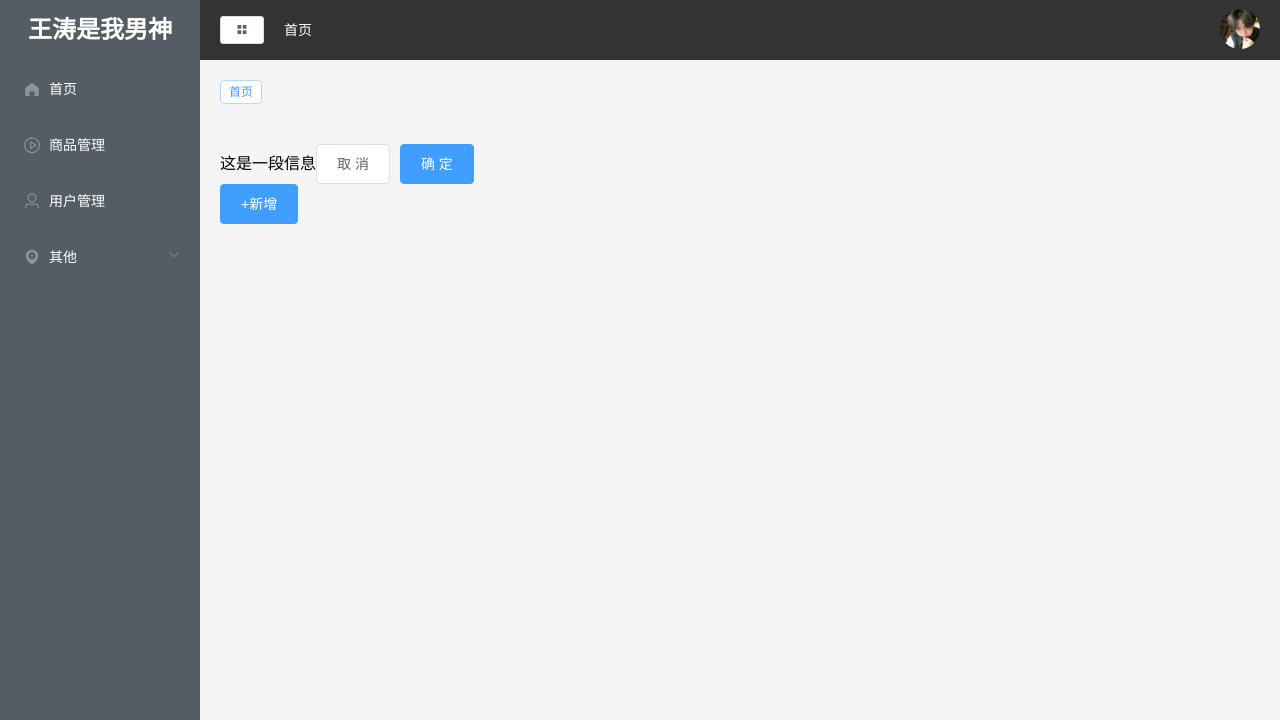
Repository: wangtao20230308/-
Page: /user
An editor plug-in stored every save of this project. The page is shown before and after the next save, followed by the edit.
The browser window is 1280 px wide. The pictures show the whole page.
The project was rebuilt for these pictures with package versions that can differ from the ones it lists, and the page was loaded fresh each time. Also part of the build but not shown: src/utils/requst.js, src/api/index.js, src/views/Home.vue, src/views/Mall.vue, src/views/PageOne.vue, src/views/PageTwo.vue.

Above is the page before, as saved 2023-03-24 12:42:15.

### src/main.js
import Vue from 'vue'
import App from './App.vue'
// //element-ui全局引入
// import ElementUI from 'element-ui';
// import 'element-ui/lib/theme-chalk/index.css';
// //element-ui转换成一个插件
// Vue.use(ElementUI);

//ele按需导入
import { Tag, Breadcrumb, BreadcrumbItem, Table, TableColumn, Col, Row, Card, Button, Radio, Container, Aside, Header, Main, Menu, Submenu, MenuItemGroup, MenuItem, Dropdown, DropdownMenu, DropdownItem } from 'element-ui'
import 'element-ui/lib/theme-chalk/index.css'
import './assets/less/index.less'
Vue.use(Button)
Vue.use(Radio)
Vue.use(Container)
Vue.use(Aside)
Vue.use(Header)
Vue.use(Main)
Vue.use(Menu)
Vue.use(Submenu)
Vue.use(MenuItemGroup)
Vue.use(MenuItem)
Vue.use(Dropdown)
Vue.use(DropdownMenu)
Vue.use(DropdownItem)
Vue.use(Card)
Vue.use(Row)
Vue.use(Col)
Vue.use(Table)
Vue.use(TableColumn)
Vue.use(Breadcrumb)
Vue.use(BreadcrumbItem)
Vue.use(Tag)

//路由引入
import router from './router'
import store from './store'
import './api/mock'

Vue.config.productionTip = false

new Vue({
  router,
  store, //把store挂载到vue实例上
  render: (h) => h(App),
}).$mount('#app')

### src/App.vue
<template>
  <div id="app">
    <router-view></router-view>
  </div>
</template>

<script>
//import HelloWorld from './components/HelloWorld.vue'

export default {
  name: 'App',
  components: {
    //HelloWorld
  },
}
</script>

<style lang="less">
html,
body,
h3,
p {
  padding: 0;
  margin: 0;
}
#app {
  height: 100vh;
}
</style>

### src/router/index.js
//import { hasOwnMetadata } from 'core-js/fn/reflect'
import Vue from 'vue'
import VueRouter from 'vue-router'
import Main from '../views/Main.vue'
import Home from '../views/Home.vue'
import User from '../views/User.vue'
import Mall from '../views/Mall.vue'
import PageOne from '../views/PageOne.vue'
import PageTwo from '../views/PageTwo.vue'

Vue.use(VueRouter)

const routes = [
  //主路由
  {
    path: '/',
    name: 'Main',
    //按需引入组件
    //原型：component: import()
    component: Main,
    redirect: '/home',
    children: [
      //子路由（嵌套路由）
      {
        //首页
        path: 'home',
        name: 'home',
        component: Home,
      },
      {
        //用户页
        path: 'user',
        name: 'user',
        component: User,
      },
      {
        //商品管理
        path: 'mall',
        name: 'mall',
        component: Mall,
      },
      {
        //页面1
        path: 'page1',
        name: 'page1',
        component: PageOne,
      },
      {
        //页面2
        path: 'page2',
        name: 'page2',
        component: PageTwo,
      },
      // {
      //   path: '/user',
      //   name: 'user',
      //   //按需引入组件
      //   //原型：component: import()
      //   component: () => import('../views/User')
      // }
    ],
  },
]

// new VueRouter({
//   mode: 'history',
// })
const router = new VueRouter({
  mode: 'history',
  routes,
})

//导出路由
export default router

### src/store/index.js
import Vue from 'vue'
import Vuex from 'vuex'
import tab from './tab'

//全局注入状态管理vuex
Vue.use(Vuex)

//创建vuex的实例
export default new Vuex.Store({
  modules: {
    tab,
  },
})

### src/api/mock.js
import Mock from 'mockjs'
import homeApi from './mockServeData/home'

//定义mock请求拦截
// Mock.mock('/api/home/getData', 'get', function () {
//   //拦截到请求后的处理逻辑
//   console.log('拦截到了')
//   return 1
// })
Mock.mock('/api/home/getData', 'get', homeApi.getStatisticalData)

### src/assets/less/home.less
.home {
    .user {
      display: flex;
      align-items: center;
      padding-bottom: 20px;
      margin-bottom: 20px;
      border-bottom: 1px solid #ccc;
      img {
        width: 150px;
        height: 150px;
        border-radius: 50%;
        margin-right: 40px;
      }
      &info {
        .name {
          font-size: 32px;
          margin-bottom: 10px;
        }
        .access {
          color: #999999;
        }
      }
    }
    .login-info {
      p {
        line-height: 28px;
        font-size: 14px;
        color: #999999;
        span {
          color: #666666;
          margin-left: 60px;
        }
      }
    }
    .num {
      display: flex;
      flex-wrap: wrap;
      justify-content: space-between;
      .el-card {
        width: 32%;
        margin-bottom: 20px;
      }
      .icon {
        font-size: 30px;
        width: 80px;
        height: 80px;
        text-align: center;
        line-height: 80px;
        color: #fff;
      }
      .detail {
        margin-left: 15px;
        display: flex;
        flex-direction: column;
        justify-content: center;
        .num {
          font-size: 30px;
          margin-bottom: 10px;
        }
        .txt {
          font-size: 14px;
          text-align: center;
          color: #999999;
        }
      }
    }
    .graph {
      margin-top: 20px;
      display: flex;
      justify-content: space-between;
      .el-card {
        width: 48%;
      }
    }
  }

### src/views/Main.vue
<template>
  <el-container style="height: 100%">
    <el-aside width="auto">
      <!-- aside -->
      <common-aside></common-aside>
    </el-aside>
    <el-container>
      <el-header>
        <!-- Header -->
        <common-header></common-header>
      </el-header>
      <common-tag />
      <el-main>
        <!-- 路由出口，匹配到的组件都渲染在这里 -->
        <router-view></router-view>
      </el-main>
    </el-container>
  </el-container>
</template>

<script>
import CommonAside from '../components/CommonAside.vue'
import CommonHeader from '../components/CommonHeader.vue'
import commonTag from '../components/commonTag.vue'
export default {
  name: 'Main',
  components: {
    CommonAside,
    CommonHeader,
    commonTag,
  },
  data() {
    return {}
  },
}
</script>

<style lang="less" scoped>
.el-header {
  background-color: #333;
}
// .el-main {
//   padding-top: 0;
// }
</style>

### src/views/User.vue
<template>
  <div class="manage">
    <div>
      <el-dialog title="提示" :visible.sync="dialogVisible" width="30%">
        <span>这是一段信息</span>
        <span slot="footer" class="dialog-footer">
          <el-button @click="dialogVisible = false">取 消</el-button>
          <el-button type="primary" @click="dialogVisible = false">确 定</el-button>
        </span>
      </el-dialog>
    </div>
    <div class="manage-header">
      <el-button type="primary" @click="dialogVisible = true">+新增</el-button>
    </div>
  </div>
</template>

<script>
export default {
  name: 'User',
  data() {
    return {
      dialogVisible: false,
    }
  },
}
</script>

<style></style>

### src/store/tab.js
//用来管理菜单的数据
export default {
  state: {
    isCollapse: false, // 控制菜单的展开还是收起
    tabsList: [
      {
        path: '/',
        name: 'home',
        label: '首页',
        icon: 's-home',
        url: 'Home/Home',
      },
    ], //面包屑数据
  },
  mutations: {
    //修改菜单展开收起的方法
    collapseMenu(state) {
      state.isCollapse = !state.isCollapse
    },
    //更新面包屑数据
    selectMenu(state, val) {
      //判断添加的数据是否为首页
      if (val.name !== 'home') {
        const index = state.tabsList.findIndex((item) => item.name === val.name)
        //如果不存在
        if (index === -1) {
          state.tabsList.push(val)
        }
      }
    },
    //删除指定的tag数据
    closeTag(state, item) {
      console.log(item, 'item')
      const index = state.tabsList.findIndex((val) => val.name === item.name)
      state.tabsList.splice(index, 1)
    },
  },
}

### src/api/mockServeData/home.js
// mock数据模拟
import Mock from 'mockjs'

// 图表数据
let List = []
export default {
  getStatisticalData: () => {
    //Mock.Random.float 产生随机数100到8000之间 保留小数 最小0位 最大0位
    for (let i = 0; i < 7; i++) {
      List.push(
        Mock.mock({
          苹果: Mock.Random.float(100, 8000, 0, 0),
          vivo: Mock.Random.float(100, 8000, 0, 0),
          oppo: Mock.Random.float(100, 8000, 0, 0),
          魅族: Mock.Random.float(100, 8000, 0, 0),
          三星: Mock.Random.float(100, 8000, 0, 0),
          小米: Mock.Random.float(100, 8000, 0, 0),
        })
      )
    }
    return {
      code: 20000,
      data: {
        // 饼图
        videoData: [
          {
            name: '小米',
            value: 2999,
          },
          {
            name: '苹果',
            value: 5999,
          },
          {
            name: 'vivo',
            value: 1500,
          },
          {
            name: 'oppo',
            value: 1999,
          },
          {
            name: '魅族',
            value: 2200,
          },
          {
            name: '三星',
            value: 4500,
          },
        ],
        // 柱状图
        userData: [
          {
            date: '周一',
            new: 5,
            active: 200,
          },
          {
            date: '周二',
            new: 10,
            active: 500,
          },
          {
            date: '周三',
            new: 12,
            active: 550,
          },
          {
            date: '周四',
            new: 60,
            active: 800,
          },
          {
            date: '周五',
            new: 65,
            active: 550,
          },
          {
            date: '周六',
            new: 53,
            active: 770,
          },
          {
            date: '周日',
            new: 33,
            active: 170,
          },
        ],
        // 折线图
        orderData: {
          date: ['20191001', '20191002', '20191003', '20191004', '20191005', '20191006', '20191007'],
          data: List,
        },
        //表格数据
        tableData: [
          {
            name: 'oppo',
            todayBuy: 500,
            monthBuy: 3500,
            totalBuy: 22000,
          },
          {
            name: 'vivo',
            todayBuy: 300,
            monthBuy: 2200,
            totalBuy: 24000,
          },
          {
            name: '苹果',
            todayBuy: 800,
            monthBuy: 4500,
            totalBuy: 65000,
          },
          {
            name: '小米',
            todayBuy: 1200,
            monthBuy: 6500,
            totalBuy: 45000,
          },
          {
            name: '三星',
            todayBuy: 300,
            monthBuy: 2000,
            totalBuy: 34000,
          },
          {
            name: '魅族',
            todayBuy: 350,
            monthBuy: 3000,
            totalBuy: 22000,
          },
        ],
      },
    }
  },
}

### src/components/CommonAside.vue
<template>
  <el-menu default-active="1-4-1" class="el-menu-vertical-demo" @open="handleOpen" @close="handleClose" :collapse="isCollapse" background-color="#545c64" text-color="#fff" active-text-color="#ffd04b">
    <h3>{{ isCollapse ? '王涛' : '王涛是我男神' }}</h3>
    <el-menu-item @click="clickMenu(item)" v-for="item in noChildrenMenu" :key="item.name" :index="item.name">
      <i :class="`el-icon-${item.icon}`"></i>
      <span slot="title">{{ item.label }}</span>
    </el-menu-item>
    <el-submenu v-for="item in hasChildrenMenu" :key="item.label" :index="item.label">
      <template slot="title">
        <i :class="`el-icon-${item.icon}`"></i>
        <span slot="title">{{ item.label }}</span>
      </template>
      <el-menu-item-group v-for="subItem in item.children" :key="subItem.path">
        <el-menu-item @click="clickMenu(subItem)" :index="subItem.path">{{ subItem.label }}</el-menu-item>
      </el-menu-item-group>
    </el-submenu>
  </el-menu>
</template>

<style lang="less">
.el-menu-vertical-demo:not(.el-menu--collapse) {
  width: 200px;
  min-height: 400px;
}
.el-menu {
  height: 100vh;
  border-right: none;
  h3 {
    color: #fff;
    // height: 48px;
    text-align: center;
    line-height: 60px;
    font-size: 24px;
    font-weight: 700;
    //喜欢哈哈哈
  }
}
</style>

<script>
export default {
  data() {
    return {
      // isCollapse: false,
      menuData: [
        {
          path: '/',
          name: 'home',
          label: '首页',
          icon: 's-home',
          url: 'Home/Home',
        },
        {
          path: '/mall',
          name: 'mall',
          label: '商品管理',
          icon: 'video-play',
          url: 'MallManage/MallManage',
        },
        {
          path: '/user',
          name: 'user',
          label: '用户管理',
          icon: 'user',
          url: 'UserManage/UserManage',
        },
        {
          label: '其他',
          icon: 'location',
          children: [
            {
              path: '/page1',
              name: 'page1',
              label: '页面1',
              icon: 'setting',
              url: 'Other/PageOne',
            },
            {
              path: '/page2',
              name: 'page2',
              label: '页面2',
              icon: 'setting',
              url: 'Other/PageTwo',
            },
          ],
        },
      ],
    }
  },
  methods: {
    handleOpen(key, keyPath) {
      console.log(key, keyPath)
    },
    handleClose(key, keyPath) {
      console.log(key, keyPath)
    },
    clickMenu(item) {
      console.log('======', item)
      if (this.$route.path !== item.path && !(this.$route.path === '/home' && item.path === '/')) this.$router.push(item.path)
      this.$store.commit('selectMenu', item)
    },
  },
  computed: {
    //没有子菜单的导航栏
    noChildrenMenu() {
      return this.menuData.filter((item) => !item.children)
    },
    //有子菜单的导航栏-->其他
    hasChildrenMenu() {
      return this.menuData.filter((item) => item.children)
    },
    isCollapse() {
      return this.$store.state.tab.isCollapse
    },
  },
}
</script>

### src/components/CommonHeader.vue
<template>
  <header>
    <div class="l-content">
      <el-button plain icon="el-icon-menu" size="mini" @click="handleMenu"></el-button>
      <!-- 面包屑 -->
      <el-breadcrumb separator="/">
        <el-breadcrumb-item v-for="item in tags" :key="item.path" :to="{ path: item.path }">{{ item.label }}</el-breadcrumb-item>
      </el-breadcrumb>
    </div>
    <div class="r-content">
      <el-dropdown trigger="click" size="mini">
        <span>
          <img class="user" :src="userImg" />
        </span>
        <el-dropdown-menu slot="dropdown">
          <el-dropdown-item>个人中心</el-dropdown-item>
          <el-dropdown-item>退出</el-dropdown-item>
        </el-dropdown-menu>
      </el-dropdown>
    </div>
  </header>
</template>

<script>
import { mapState } from 'vuex'
export default {
  name: 'CommonHeader',
  data() {
    return {
      userImg: require('../assets/images/user.png'),
    }
  },
  methods: {
    handleMenu() {
      this.$store.commit('collapseMenu')
    },
  },
  computed: {
    ...mapState({
      tags: (state) => state.tab.tabsList,
    }),
  },
}
</script>

<style lang="less" scoped>
header {
  display: flex;
  height: 100%;
  justify-content: space-between;
  align-items: center;
}
.l-content {
  display: flex;
  align-items: center;
  .el-button {
    margin-right: 20px;
  }
  /deep/ .el-breadcrumb__item {
    .el-breadcrumb__inner {
      font-style: normal;
      &.is-link {
        color: #666;
      }
    }
    &:last-child {
      .el-breadcrumb__inner {
        color: #fff;
      }
    }
  }
}
.r-content {
  .user {
    width: 40px;
    height: 40px;
    border-radius: 50%;
  }
}
</style>

### src/components/commonTag.vue
<template>
  <div class="tabs">
    <el-tag v-for="(item, index) in tags" :key="item.path" :effect="$route.name === item.name ? 'dark' : 'plain'" :closable="item.name !== 'home'" @click="changeMenu(item)" @close="handleClose(item, index)" size="small">
      {{ item.label }}
    </el-tag>
  </div>
</template>

<script>
import { mapState, mapMutations } from 'vuex'
export default {
  name: 'CommonTag',
  data() {
    return {}
  },
  computed: {
    ...mapState({
      tags: (state) => state.tab.tabsList,
    }),
  },
  methods: {
    ...mapMutations(['closeTag']),
    //点击tag跳转的功能
    changeMenu(item) {
      this.$router.push({ name: item.name })
    },
    //点击tag删除的功能
    handleClose(item, index) {
      // 调用store中的mutations
      this.closeTag(item)
      const length = this.tags.length
      //删除之后的跳转逻辑，1.删除非激活标签
      if (item.name !== this.$route.name) {
        return
      }
      //2.表示删除的最后一项激活标签
      if (index === length) {
        this.$router.push({ name: this.tags[index - 1].name })
      } else {
        this.$router.push({ name: this.tags[index].name })
      }
    },
  },
}
</script>

<style lang="less" scoped>
.tabs {
  padding: 20px;
  .el-tag {
    margin-right: 15px;
    cursor: pointer;
  }
}
</style>

Loaded but not shown: public/index.html (common file); src/assets/less/index.less (common file); src/assets/less/common.less (common file); src/assets/less/reset.less (common file)

After the next save:
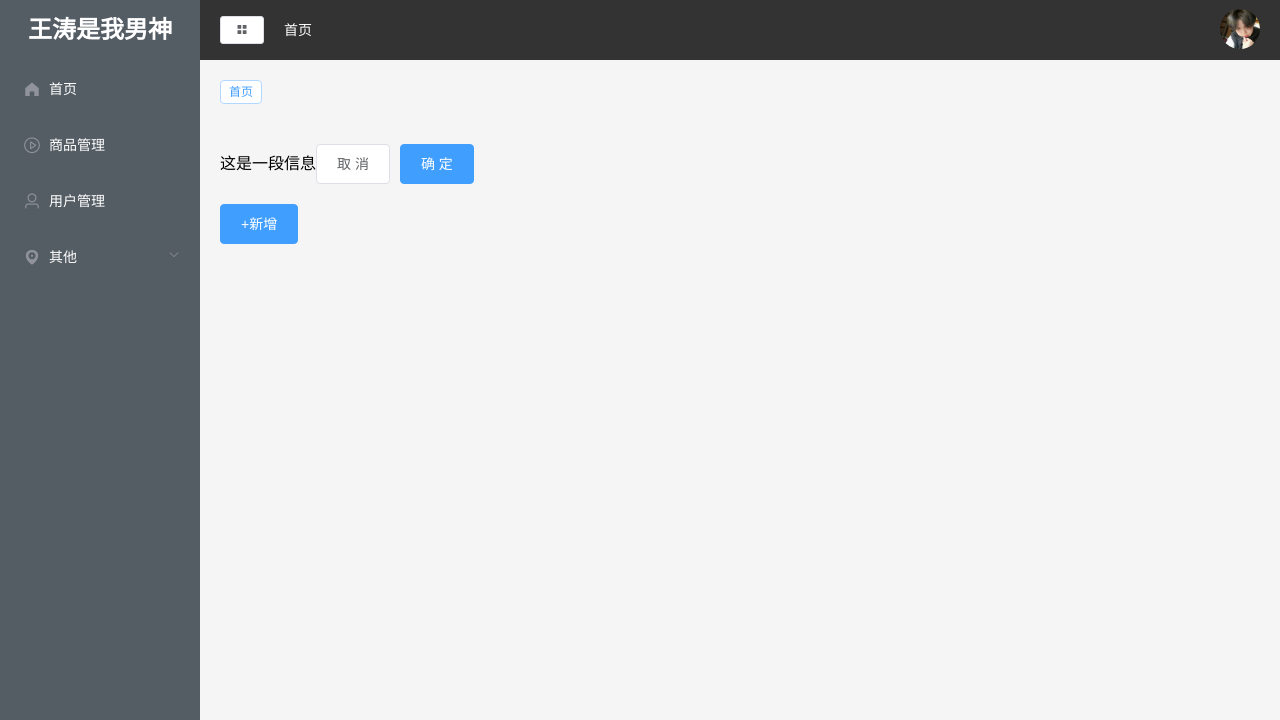
Saved 75 s later.
--- a/src/views/User.vue
+++ b/src/views/User.vue
@@ -1,6 +1,6 @@
 <template>
-  <div class="manage">
-    <div>
+  <div>
+    <div class="manage">
       <el-dialog title="提示" :visible.sync="dialogVisible" width="30%">
         <span>这是一段信息</span>
         <span slot="footer" class="dialog-footer">
